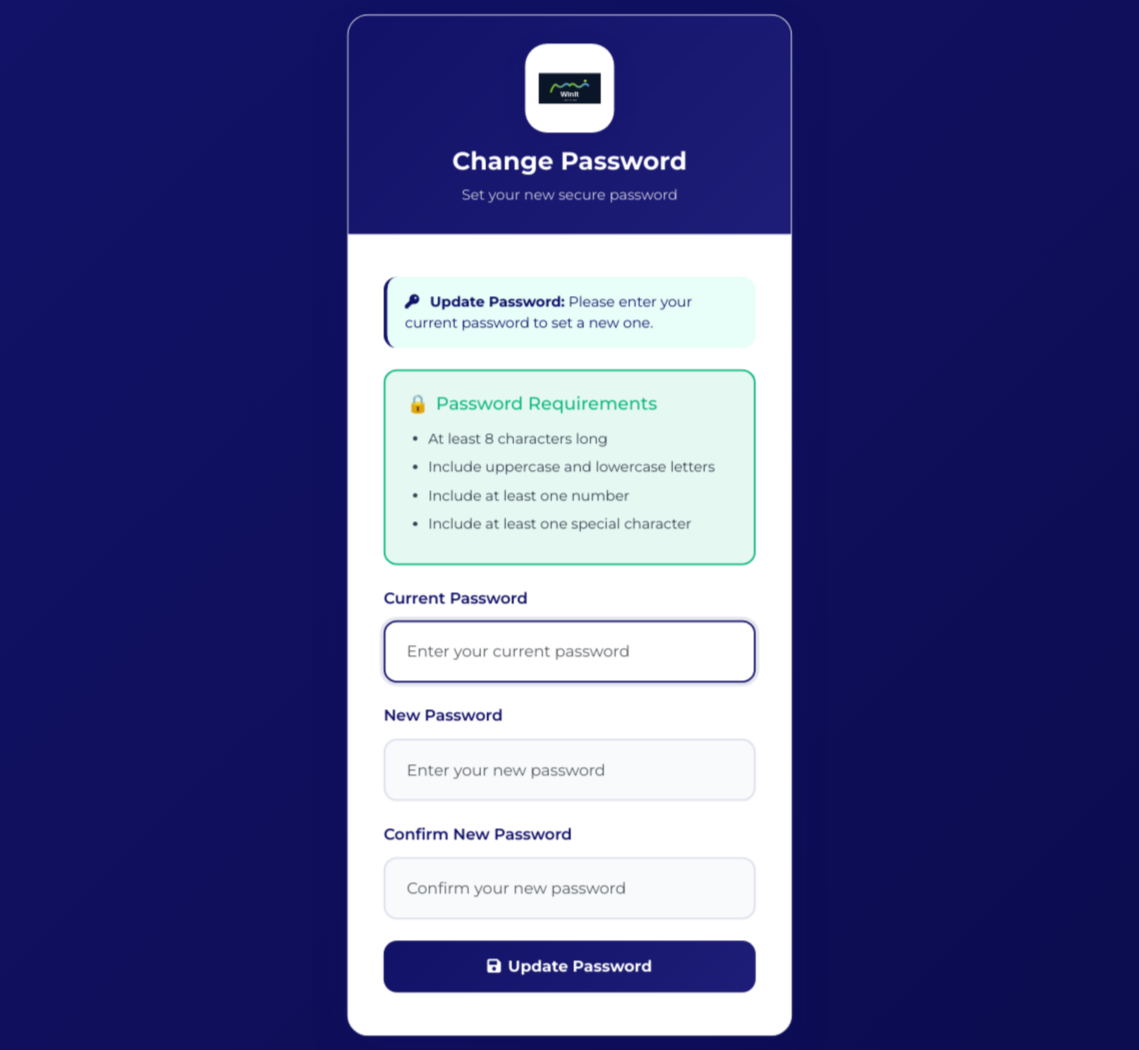
Repository: winit25/WinIt_Prize_Distribution
Page: http://localhost/password/change
An editor plug-in stored every save of this project. The page is shown before and after the next save, followed by the edit.
The browser window is 1280 px wide. The pictures show the whole page, at 89% of full size.
The page is served by the project's Laravel application, run on PHP 8.4 with Laravel 12. A made-up administrator, Test User (test@example.com), is signed in. Queries for data that is not in the repository find no rows.

Above is the page before, as saved 2025-11-28 11:48:17.

After the next save:
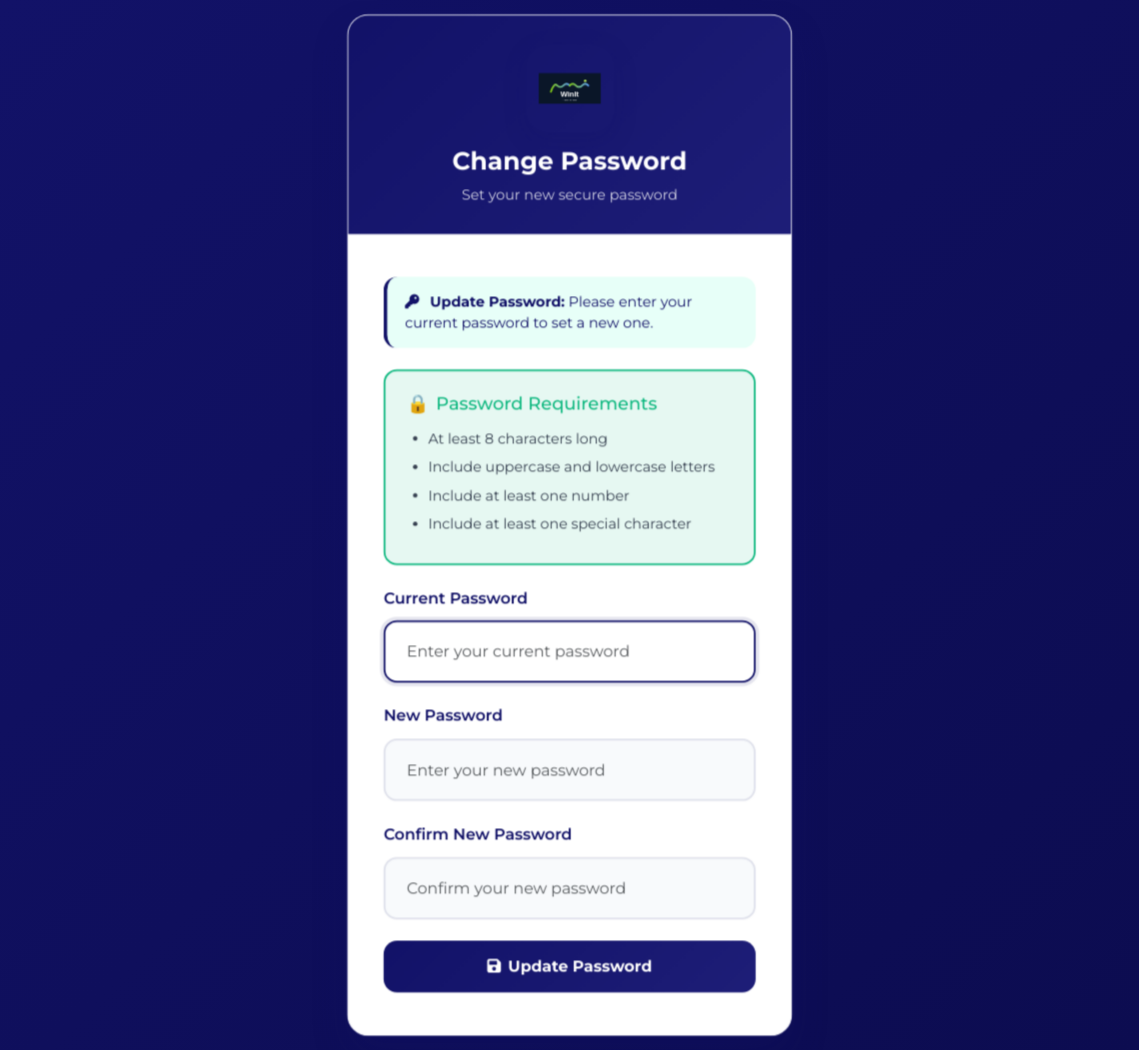
Saved 2 min 52 s later.
--- a/resources/views/auth/password-change.blade.php
+++ b/resources/views/auth/password-change.blade.php
@@ -49,7 +49,7 @@
         .password-change-header .logo {
             width: 100px;
             height: 100px;
-            background: white;
+            background: rgba(255, 255, 255, 0);
             border-radius: 25px;
             display: flex;
             align-items: center;
